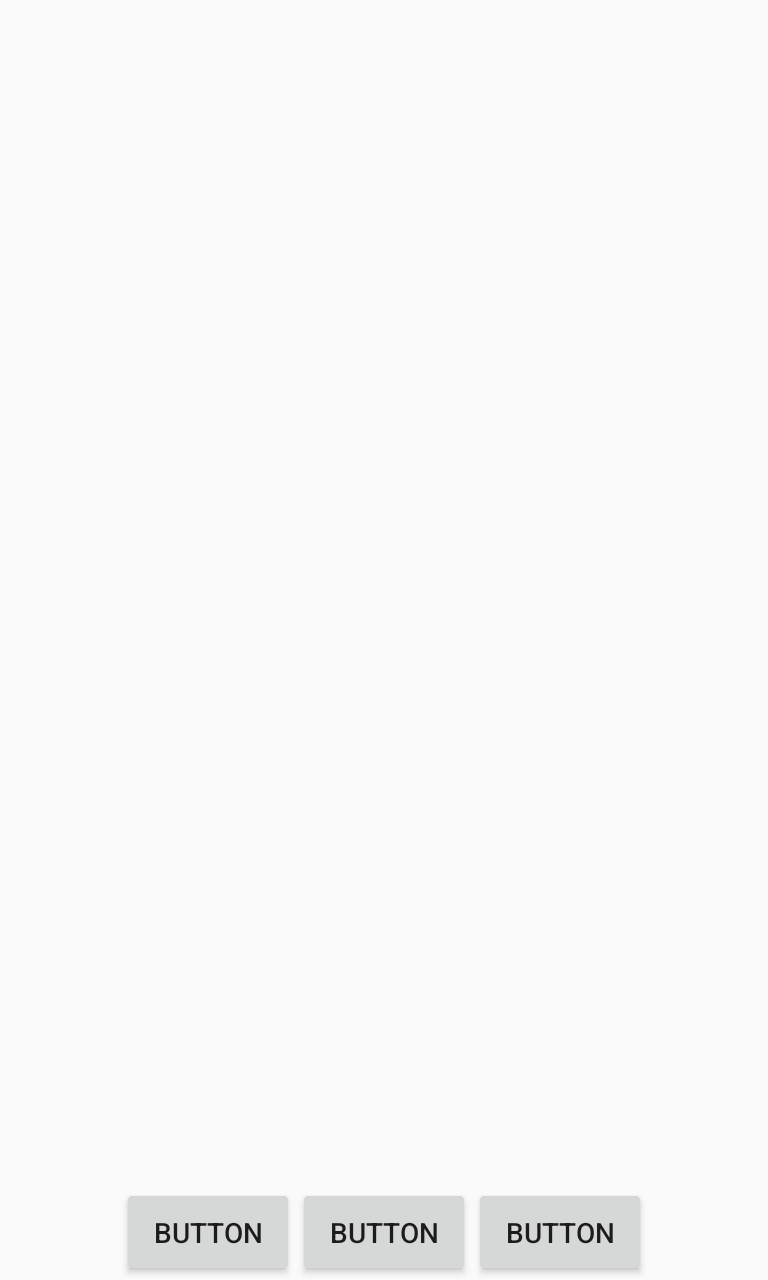
Repository: MarcSelles/BeatYourBucketAndroid
Layout: The_app/BeatYourBucket/res/layout/fragment_lists.xml
An editor plug-in stored every save of this project. The layout is shown before and after the next save, followed by the edit.
It is drawn on a 768 x 1280 px phone screen (xhdpi) without system bars, with theme AppTheme; the app's code is not run.

Above is the layout before, as saved 2015-01-20 14:27:01.

After the next save:
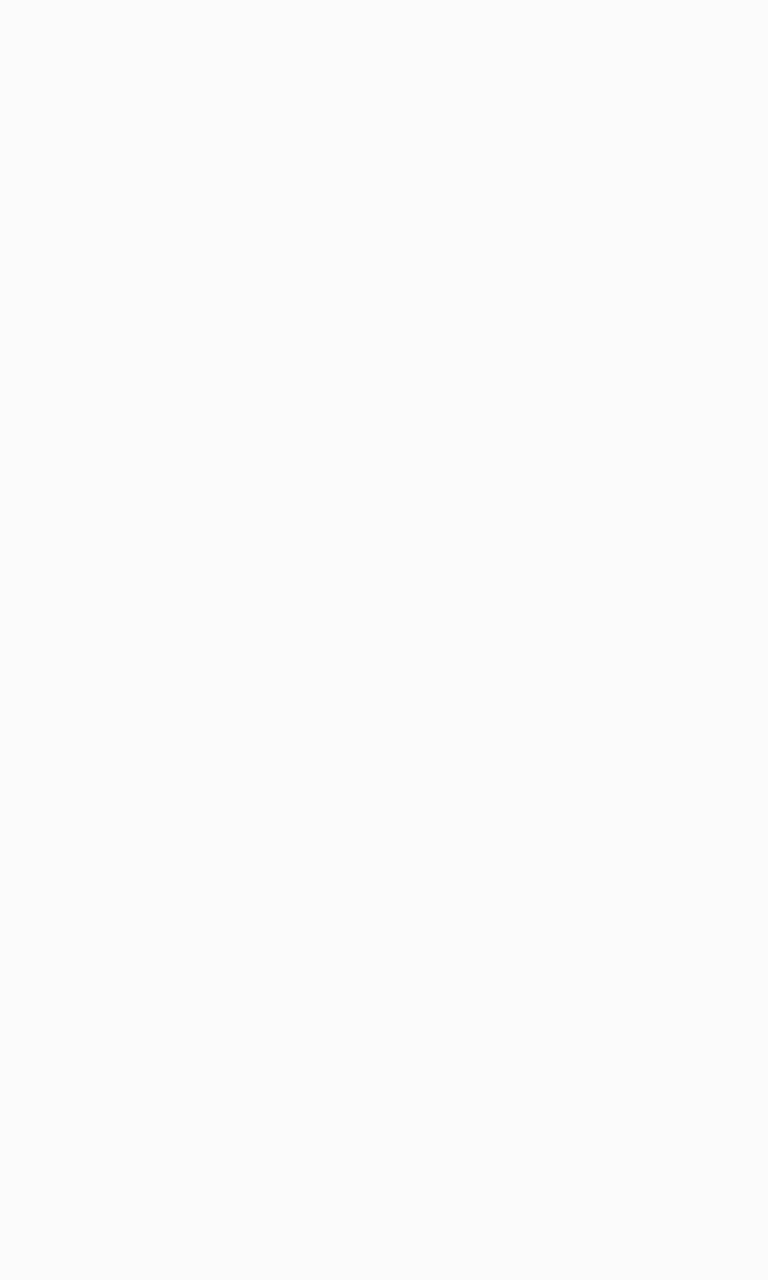
Saved 7 s later.
--- a/The_app/BeatYourBucket/res/layout/fragment_lists.xml
+++ b/The_app/BeatYourBucket/res/layout/fragment_lists.xml
@@ -38,7 +38,6 @@
         android:id="@+id/tabcontent2"
         android:layout_width="match_parent"
         android:layout_height="wrap_content"
-        android:layout_alignParentBottom="true"
         android:layout_gravity="bottom"
         android:gravity="center|bottom"
         android:orientation="vertical" >

After the save that followed:
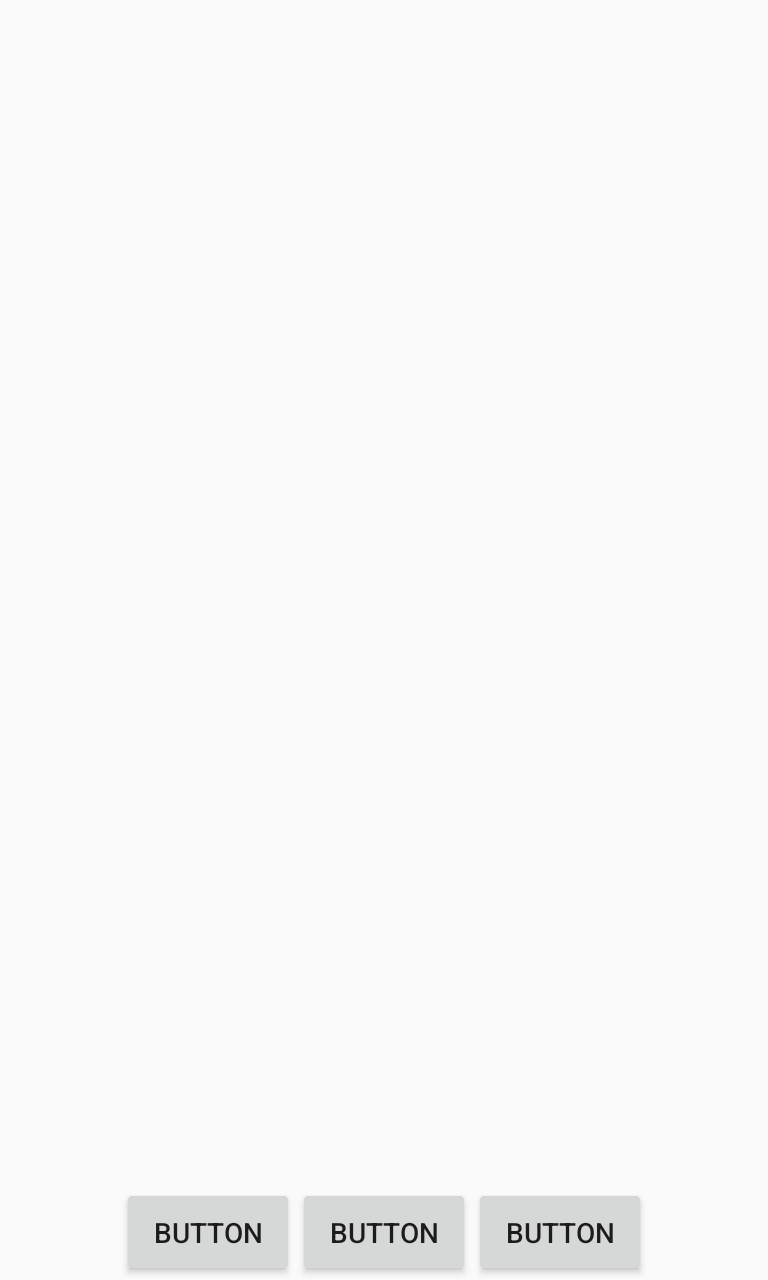
Saved 26 s later.
--- a/The_app/BeatYourBucket/res/layout/fragment_lists.xml
+++ b/The_app/BeatYourBucket/res/layout/fragment_lists.xml
@@ -38,6 +38,7 @@
         android:id="@+id/tabcontent2"
         android:layout_width="match_parent"
         android:layout_height="wrap_content"
+        android:layout_alignParentBottom="true"
         android:layout_gravity="bottom"
         android:gravity="center|bottom"
         android:orientation="vertical" >
